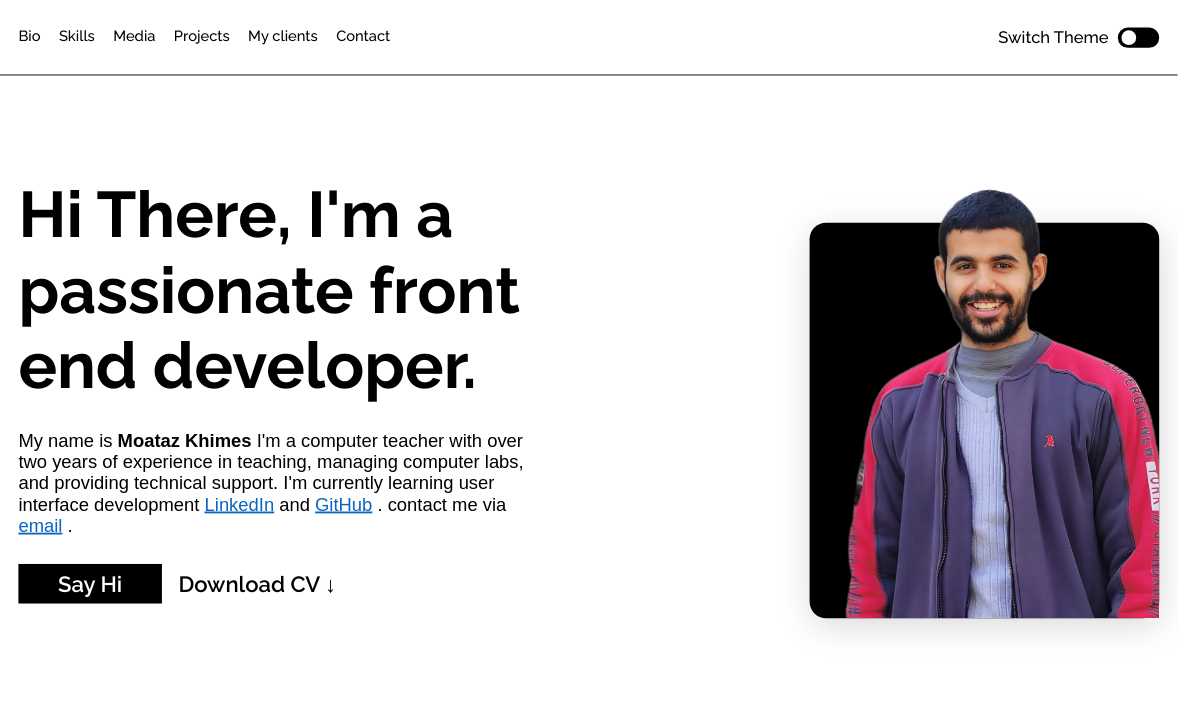
Repository: moataz305G/Personal-website
Page: index.html
These files come from the project's save history. The page is drawn as it stood at one moment and after the next save; the edit follows.
The browser window is 1280 px wide. The pictures show the whole page, at 92% of full size.

Above is the page before, as saved 2025-12-15 08:53:48.

### index.html
<!DOCTYPE html>
<html lang="en">
  <head>
    <meta charset="UTF-8" />

    <meta name="viewport" content="width=device-width, initial-scale=1.0" />
    <link rel="preconnect" href="https://fonts.googleapis.com" />
    <link rel="preconnect" href="https://fonts.gstatic.com" crossorigin />
    <link
      href="https://fonts.googleapis.com/css2?family=Raleway:ital,wght@0,100..900;1,100..900&display=swap"
      rel="stylesheet"
    />

    <link rel="stylesheet" href="Style.css" />
    <title class="title">Moataz khimes</title>
  </head>
  <body>
    <div class="container">
      <header class="header">
        <nav class="navigation">
          <ul class="navigation__list">
            <li><a href="#" class="navigation__link">Bio</a></li>
            <li><a href="#" class="navigation__link">Skills</a></li>
            <li><a href="#" class="navigation__link">Media</a></li>
            <li><a href="#" class="navigation__link">Projects</a></li>
            <li><a href="#" class="navigation__link">My clients</a></li>
            <li><a href="#" class="navigation__link">Contact</a></li>
          </ul>
        </nav>

        <div class="toggle">
          <h3 class="toggle__title">Switch Theme</h3>
          <input
            type="checkbox"
            name="toggle checkbox"
            id="toggle"
            class="toggle__checkbox"
          />
          <label for="toggle" class="toggle__label"></label>
        </div>
      </header>

      <section id="bio" class="bio section">
        <div class="bio__content">
          <h1 class="bio__heading">
            Hi There, I'm a passionate front end developer.
          </h1>
          <p class="bio__objeactive">
            My name is <span class="bio__name">Moataz Khimes</span>
            I'm a computer teacher with over two years of experience in
            teaching, managing computer labs, and providing technical support.
            I'm currently learning user interface development
            <a
              href="https://www.linkedin.com/in/moataz-khimes-53586223b/"
              class="bio__linkedin"
              >LinkedIn</a
            >
            and
            <a href="https://github.com/moataz305G" class="bio__github"
              >GitHub</a
            >
            . contact me via
            <a href="mutazkhmes@gmail.com" class="bio__email">email</a>
            .
          </p>
          <a href="#" class="bio__links say-hi-link">Say Hi</a>
          <a href="#" class="bio__links find-out-link"
            >Download CV <span class="bio__arrow">↓</span></a
          >
        </div>
        <div class="bio__pic-content">
          <img
            class="bio__pic"
            src="images/personal-pic.png"
            alt="image of moataz khimes"
          />
        </div>
      </section>

      <secrion id="Skills" class="Skills_section"></secrion>
    </div>
  </body>
</html>

### Style.css
:root {
  --container-width: 119rem;
  --gutter: 2rem;

  --color-black: #000;
  --color-white: #fff;
  --color-blue: #2374e1;
  --color-lite-blue: #1d9bf0;
  --color-dark-blue: #0a66c2;
  --color-darker-blue: #143ce8;
  --color-red: #ff0000;
  --color-green: #03a696;
  --color-gray: #f6f6f6;
  --color-dark-green: #42959b;

  --color-background: var(--color-white);
  --color-text: var(--color-black);
  --color-box-img: var(--color-black);
  --color-link-bg: var(--color-black);
  --color-input-border: var(--color-black);

  --font-family-raleway: "Raleway", sans-serif;
  --font-family-poppins: "Poppins", sans-serif;

  --font-weight-regular: 400;
  --font-weight-medium: 500;
  --font-weight-semi-bold: 600;
  --font-weight-bold: 700;

  --font-size-70: 7rem;
  --font-size-65: 6.5rem;
  --font-size-40: 4rem;
  --font-size-38: 3.8rem;
  --font-size-24: 2.4rem;
  --font-size-22: 2.2rem;
  --font-size-20: 2rem;
  --font-size-18: 1.8rem;
  --font-size-15: 1.5rem;

  --transition-timing: 0.3s;
}
/* CSS Reset */
* {
  margin: 0;
  padding: 0;
}

*,
*::after,
*::before {
  box-sizing: border-box;
}

a {
  color: inherit;
  display: inline-block;
}

button {
  background-color: transparent;
  border: none;
  cursor: pointer;
}

ul,
ol {
  list-style: none;
}
/* END CSS Reset */
html {
  font-size: 62.5%;
  scroll-behavior: smooth;
  scroll-padding-top: 11rem;
}

body {
  font-size: 1.6rem;
  font-family: var(--font-family-raleway);
  background-color: var(--color-background);
  color: var(--color-text);
}

.container {
  display: grid;
  row-gap: 11rem;
  max-width: calc(calc(var(--container-width)) +calc(var(--gutter) * 2));
  margin: 0 auto;
  padding-inline: var(--gutter);
}
header {
  position: relative;
  padding: 3rem 0;
  display: flex;
  justify-content: center;
  z-index: 0;
}
.header::before {
  content: "";
  position: absolute;
  height: 100%;
  width: 100vw;
  border-bottom: 0.1rem solid var(--color-black);
  top: 0;
  z-index: -1;
}

.navigation__list {
  display: flex;
  gap: 2rem;
}
.navigation__link:link,
.navigation__link:visited {
  text-decoration: none;
  font-weight: var(--font-weight-medium);
}
.navigation__link:hover,
.navigation__link:active {
  text-decoration: underline;
  color: var(--color-text);
}

/* Toggle */
.toggle {
  display: flex;
  gap: 1rem;
  margin-left: auto;
}
.toggle__title {
  font-weight: var(--font-weight-medium);
  font-size: var(--font-size-18);
}

.toggle__checkbox {
  display: none;
}

.toggle__label {
  display: block;
  position: relative;
  background-color: var(--color-black);
  border-radius: 1.5rem;
  width: 4.5rem;
  height: 2.2rem;
  cursor: pointer;
  padding: 0.3rem 0.4rem;
  transition: 0.3s;
}

.toggle__label::after {
  content: "";
  display: block;
  width: 1.6rem;
  height: 1.6rem;
  border-radius: 50%;
  background-color: var(--color-white);
  transition: 0.3s;
}

.toggle__checkbox:checked + .toggle__label {
  background-color: var(--color-white);
}
.toggle__checkbox:checked + .toggle__label::after {
  transform: translateX(2.1rem);
  background-color: var(--color-green);
}

/* End Toggle */

.section {
  display: grid;
  grid-template-columns: repeat(2, auto);
  align-items: start;
}

/* Bio */
.bio {
  grid-gap: 7.4rem;
  grid-template-columns: repeat(2, 1fr);
}

.bio__heading {
  font-size: var(--font-size-70);
  font-weight: var(--font-weight-bold);
}

.bio__objeactive {
  font-family: var(--font-family-poppins);
  font-weight: var(--font-weight-regular);
  font-size: var(--font-size-20);
  margin: 3rem 0;
}

.bio__name {
  font-weight: var(--font-weight-semi-bold);
}
.bio__linkedin,
.bio__github,
.bio__email {
  color: var(--color-dark-blue);
}

.bio__links {
  font-size: 2.4rem;
  font-weight: var(--font-weight-semi-bold);
  text-decoration: none;
}

.say-hi-link {
  background-color: var(--color-link-bg);
  color: var(--color-white);
  padding: 0.7rem 4.3rem;
}

.find-out-link {
  padding: 0.7rem 0;
  margin-inline-start: 1.4rem;
}

@keyframes jump {
  0% {
    transform: translatey(0.5rem);
  }
  35% {
    transform: translatey(-0.5rem);
  }
  70% {
    transform: translatey(0);
  }
  100% {
    transform: translatey(0);
  }
}

.bio__arrow {
  display: inline-block;
  animation: jump 1s infinite alternate ease-in-out;
}

.bio__pic-content {
  display: flex;
  position: relative;
  align-items: flex-end;
  justify-self: end;
}

.bio__pic-content::before {
  content: "";
  position: absolute;
  background-color: var(--color-box-img);
  width: 100%;
  height: 43rem;
  border-radius: 1.8rem;
  z-index: -1;
  box-shadow: 2.17543px 8.7017px 38.0669px rgba(0, 0, 0, 0.15);
}
.bio__pic {
  width: 50rem;
  width: 380px;
  height: 480px;
  object-fit: cover;
}

/* End Bio */

After the next save:
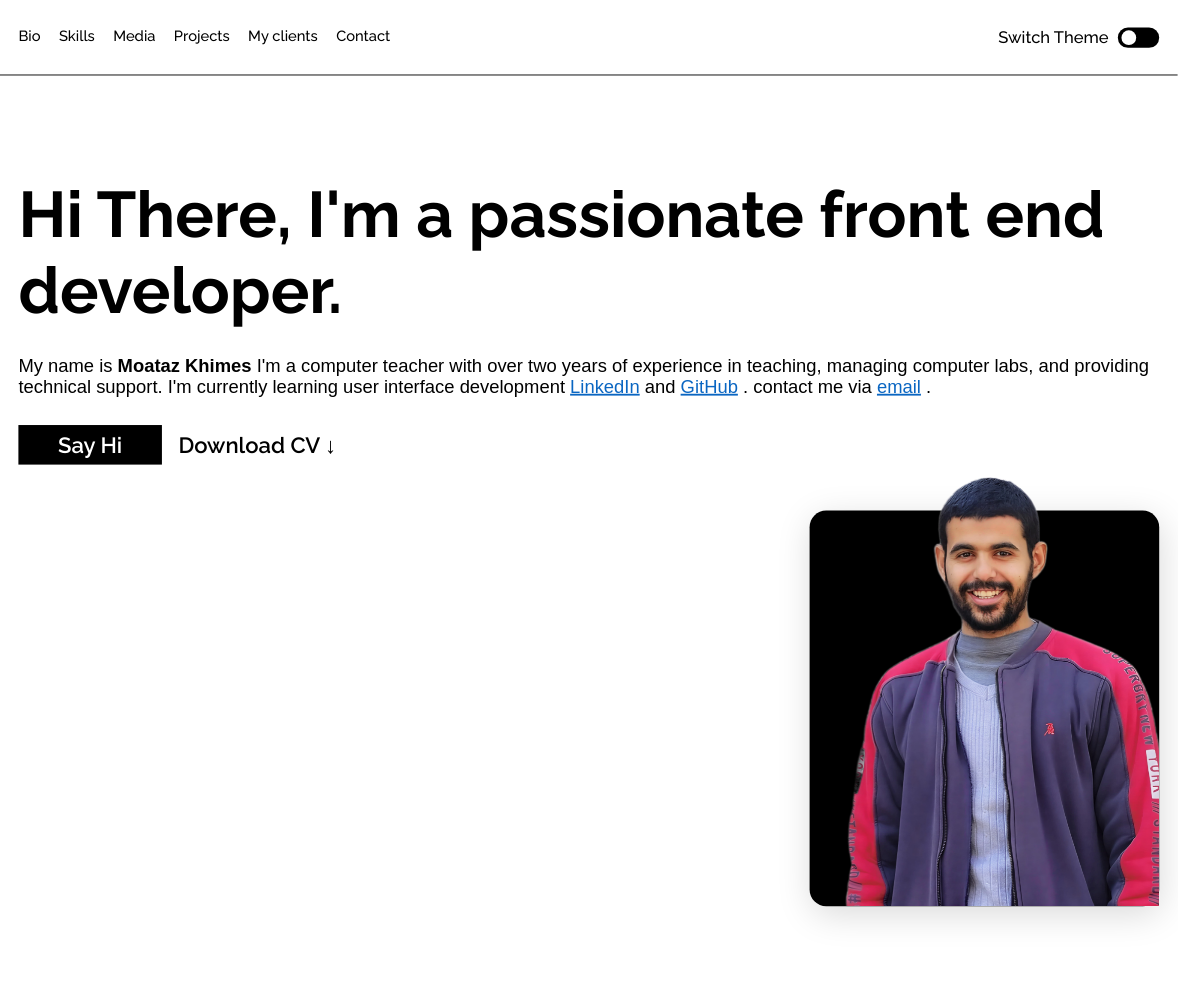
Saved 44 s later.
--- a/index.html
+++ b/index.html
@@ -40,7 +40,7 @@
         </div>
       </header>
 
-      <section id="bio" class="bio section">
+      <section id="bio" class="bio_section">
         <div class="bio__content">
           <h1 class="bio__heading">
             Hi There, I'm a passionate front end developer.
@@ -77,7 +77,7 @@
         </div>
       </section>
 
-      <secrion id="Skills" class="Skills_section"></secrion>
+      <secrion id="skills" class="Skills_section"> </secrion>
     </div>
   </body>
 </html>
